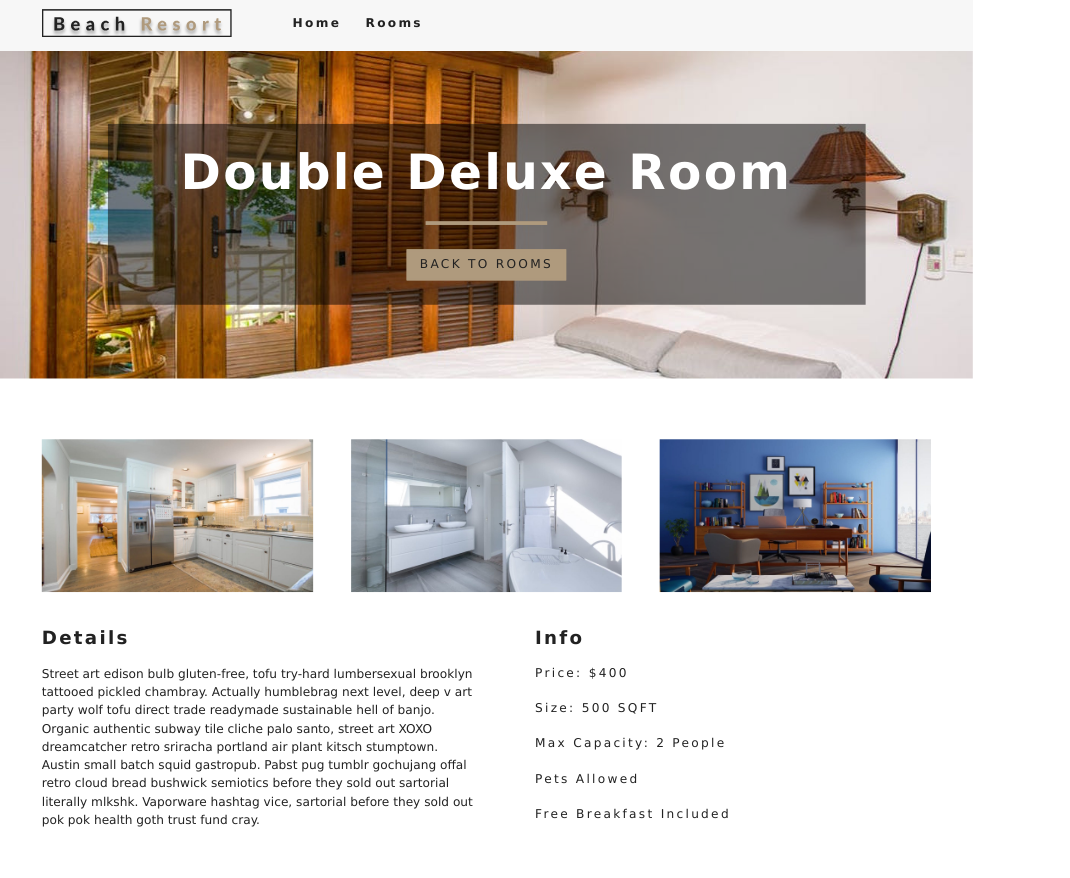
Repository: thanhn379/react-beach-resort
Page: /rooms/double-deluxe
The author's editor kept a copy of each file at every save. The page is drawn from the files as they stood at one save, then again after the next save.
The browser window is 1280 px wide. The page is 1280 px wide, then 1408 px, so the pictures cover 1408 px, including what lies to the right of the window. The pictures show the whole page, at 76% of full size.
The project was rebuilt for these pictures with package versions that can differ from the ones it lists, and the page was loaded fresh each time. Also part of the build but not shown: src/components/Hero.js, src/components/Title.js, src/components/Services.js, src/components/Loading.js, src/components/Room.js, src/components/FeaturedRooms.js, src/pages/Home.js, src/pages/Rooms.js and 1 more.

Above is the page before, as saved 2019-11-16 07:25:59.

### public/index.html
<!DOCTYPE html>
<html lang="en">
  <head>
    <meta charset="utf-8" />
    <link rel="icon" href="%PUBLIC_URL%/favicon.ico" />
    <meta name="viewport" content="width=device-width, initial-scale=1" />
    <meta name="theme-color" content="#000000" />
    <meta
      name="description"
      content="Web site created using create-react-app"
    />
    <link rel="apple-touch-icon" href="logo192.png" />
    <!--
      manifest.json provides metadata used when your web app is installed on a
      user's mobile device or desktop. See https://developers.google.com/web/fundamentals/web-app-manifest/
    -->
    <link rel="manifest" href="%PUBLIC_URL%/manifest.json" />
    <!--
      Notice the use of %PUBLIC_URL% in the tags above.
      It will be replaced with the URL of the `public` folder during the build.
      Only files inside the `public` folder can be referenced from the HTML.

      Unlike "/favicon.ico" or "favicon.ico", "%PUBLIC_URL%/favicon.ico" will
      work correctly both with client-side routing and a non-root public URL.
      Learn how to configure a non-root public URL by running `npm run build`.
    -->
    <title>Resort recording</title>
  </head>
  <body>
    <noscript>You need to enable JavaScript to run this app.</noscript>
    <div id="root"></div>
    <!--
      This HTML file is a template.
      If you open it directly in the browser, you will see an empty page.

      You can add webfonts, meta tags, or analytics to this file.
      The build step will place the bundled scripts into the <body> tag.

      To begin the development, run `npm start` or `yarn start`.
      To create a production bundle, use `npm run build` or `yarn build`.
    -->
  </body>
</html>

### src/index.js
import React from "react";
import ReactDOM from "react-dom";
import { BrowserRouter as Router } from "react-router-dom";
// import './index.css';
import App from "./App";
import * as serviceWorker from "./serviceWorker";
import { RoomProvider } from "./context";

ReactDOM.render(
  <RoomProvider>
    <Router>
      <App />
    </Router>
  </RoomProvider>,
  document.getElementById("root")
);

// If you want your app to work offline and load faster, you can change
// unregister() to register() below. Note this comes with some pitfalls.
// Learn more about service workers: https://bit.ly/CRA-PWA
serviceWorker.unregister();

### src/App.js
import React from "react";
import "./App.css";

import NavBar from "./components/NavBar";

import Home from "./pages/Home";
import Rooms from "./pages/Rooms";
import SingleRoom from "./pages/SingleRoom";
import Error from "./pages/Error";

import { Route, Switch } from "react-router-dom";

function App() {
  return (
    <>
      <NavBar />
      <Switch>
        <Route exact path="/" component={Home} />
        <Route exact path="/rooms/" component={Rooms} />
        <Route exact path="/rooms/:slug/" component={SingleRoom} />
        <Route component={Error} />
      </Switch>
    </>
  );
}

export default App;

### src/context.js
import React, { Component } from "react";
import items from "./data";

const RoomContext = React.createContext();

class RoomProvider extends Component {
  state = { rooms: [], sortedRooms: [], featuredRooms: [], loading: true };

  //getData

  componentDidMount() {
    // this.getData
    let rooms = this.formatData(items);
    let featuredRooms = rooms.filter(room => room.featured === true);

    this.setState({ rooms, featuredRooms, sortedRooms: rooms, loading: false });
  }

  formatData(items) {
    let tempItems = items.map(item => {
      let id = item.sys.id;
      let images = item.fields.images.map(image => image.fields.file.url);

      let room = { ...item.fields, images, id };

      return room;
    });

    return tempItems;
  }

  getRoom = slug => {
    let tempRooms = [...this.state.rooms];
    const room = tempRooms.find(room => room.slug === slug);
    return room;
  };

  render() {
    return (
      <RoomContext.Provider value={{ ...this.state, getRoom: this.getRoom }}>
        {this.props.children}
      </RoomContext.Provider>
    );
  }
}

const RoomConsumer = RoomContext.Consumer;

export { RoomProvider, RoomConsumer, RoomContext };

### src/components/NavBar.js
import React, { Component } from "react";
import Logo from "../images/logo.svg";
import { FaAlignRight } from "react-icons/fa";
import { Link } from "react-router-dom";

export default class NavBar extends Component {
  state = {
    isOpen: false
  };
  handleToggle = () => {
    this.setState({ isOpen: !this.state.isOpen });
  };
  render() {
    return (
      <nav className="navbar">
        <div className="nav-center">
          <div className="nav-header">
            <Link to="/">
              <img src={Logo} alt="Beach Resort" />
            </Link>
            <button
              type="button"
              className="nav-btn"
              onClick={this.handleToggle}
            >
              <FaAlignRight className="nav-icon" />
            </button>
          </div>
          <ul
            className={this.state.isOpen ? "nav-links show-nav" : "nav-links"}
          >
            <li>
              <Link to="/">Home</Link>
            </li>
            <li>
              <Link to="/rooms">Rooms</Link>
            </li>
          </ul>
        </div>
      </nav>
    );
  }
}

### src/pages/SingleRoom.js
import React, { Component } from "react";
import defaultBcg from "../images/room-1.jpeg";
import Hero from "../components/Hero";
import Banner from "../components/Banner";
import { Link } from "react-router-dom";
import { RoomContext } from "../context";
import StyledHero from "../components/StyledHero";

export default class SingleRoom extends Component {
  constructor(props) {
    super(props);
    this.state = {
      slug: this.props.match.params.slug,
      defaultBcg
    };
  }

  static contextType = RoomContext;

  render() {
    const { getRoom } = this.context;
    let room = getRoom(this.state.slug);

    if (!room) {
      return (
        <div className="error">
          <h3>no search room could be found...</h3>
          <Link to="/rooms" className="btn-primary">
            back to rooms
          </Link>
        </div>
      );
    }

    const {
      name,
      description,
      capacity,
      size,
      price,
      extrasbreakfast,
      pets,
      breakfast,
      images
    } = room;

    let [mainImg, ...defaultImg] = images;

    return (
      <>
        <StyledHero img={mainImg || this.state.defaultBcg}>
          <Banner title={`${name} room`}>
            <Link to="/rooms" className="btn-primary">
              back to rooms
            </Link>
          </Banner>
        </StyledHero>

        <section className="single-room">
          <div className="single-room-images">
            {defaultImg.map((item, index) => {
              return <img key={index} src={item} alt={name} />;
            })}
          </div>

          <div className="single-room-info">
            <article className="desc">
              <h3>details</h3>
              <p>{description}</p>
            </article>
            <article className="info">
              <h3>info</h3>
              <h6>price: ${price}</h6>
              <h6>size: {size} SQFT</h6>
              <h6>
                max capacity: {capacity} {capacity > 1 ? " People" : " Person"}
              </h6>
              <h6>{pets ? "pets allowed" : "no pets allowed"}</h6>
              <h6>{breakfast && "free breakfast included"}</h6>
            </article>
          </div>
        </section>
      </>
    );
  }
}

Loaded but not shown: src/serviceWorker.js (common file); src/App.css (common file); src/components/Banner.js (common file); src/components/StyledHero.js (common file); src/data.js (760 lines, source omitted)

After the next save:
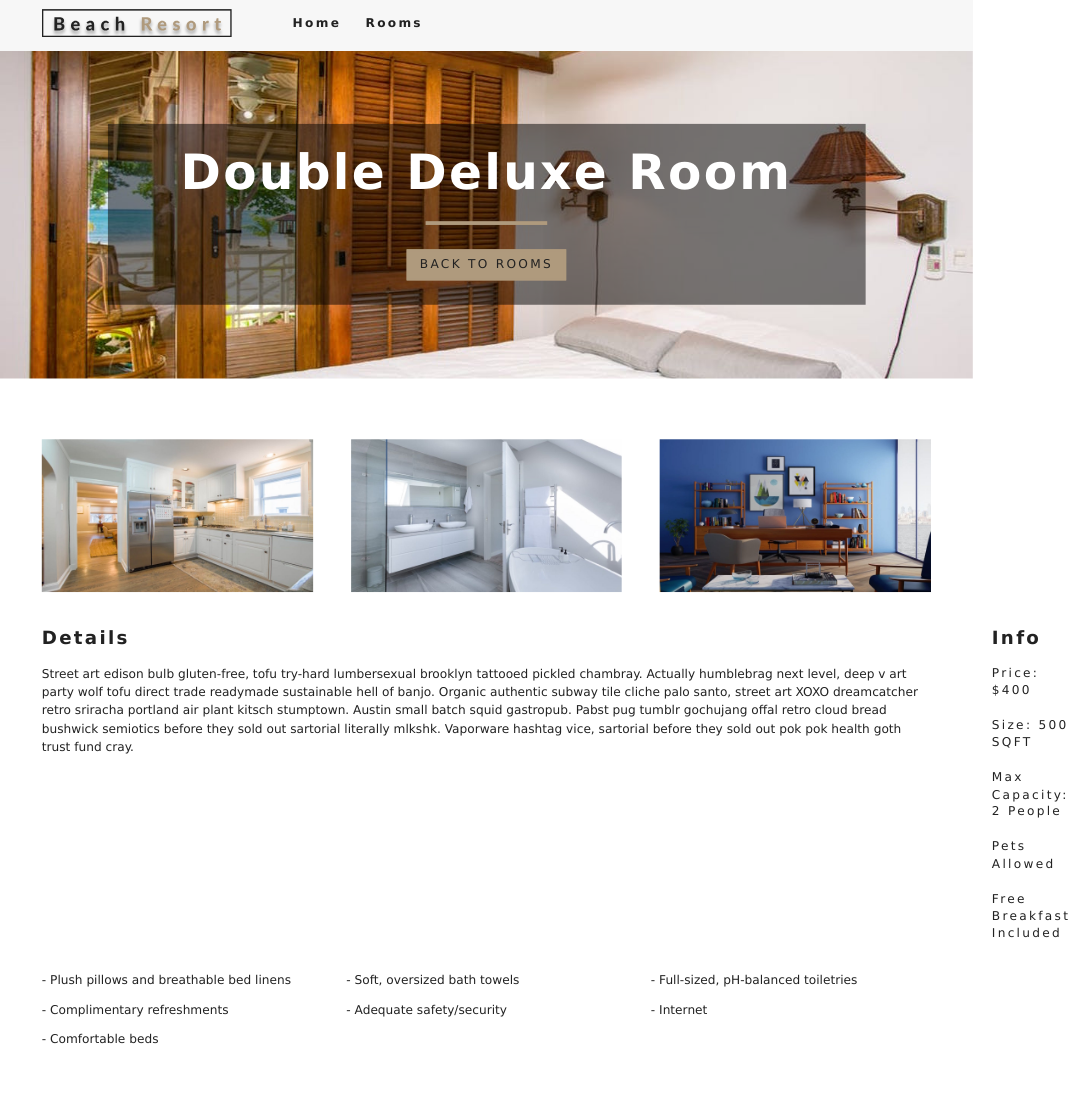
Saved 6 min 6 s later.
--- a/src/pages/SingleRoom.js
+++ b/src/pages/SingleRoom.js
@@ -41,7 +41,8 @@ export default class SingleRoom extends Component {
       extrasbreakfast,
       pets,
       breakfast,
-      images
+      images,
+      extras
     } = room;
 
     let [mainImg, ...defaultImg] = images;
@@ -78,6 +79,13 @@ export default class SingleRoom extends Component {
               <h6>{pets ? "pets allowed" : "no pets allowed"}</h6>
               <h6>{breakfast && "free breakfast included"}</h6>
             </article>
+            <article className="room-extras">
+              <ul className="extras">
+                {extras.map((item, index) => {
+                  return <li key={index}>- {item}</li>;
+                })}
+              </ul>
+            </article>
           </div>
         </section>
       </>
